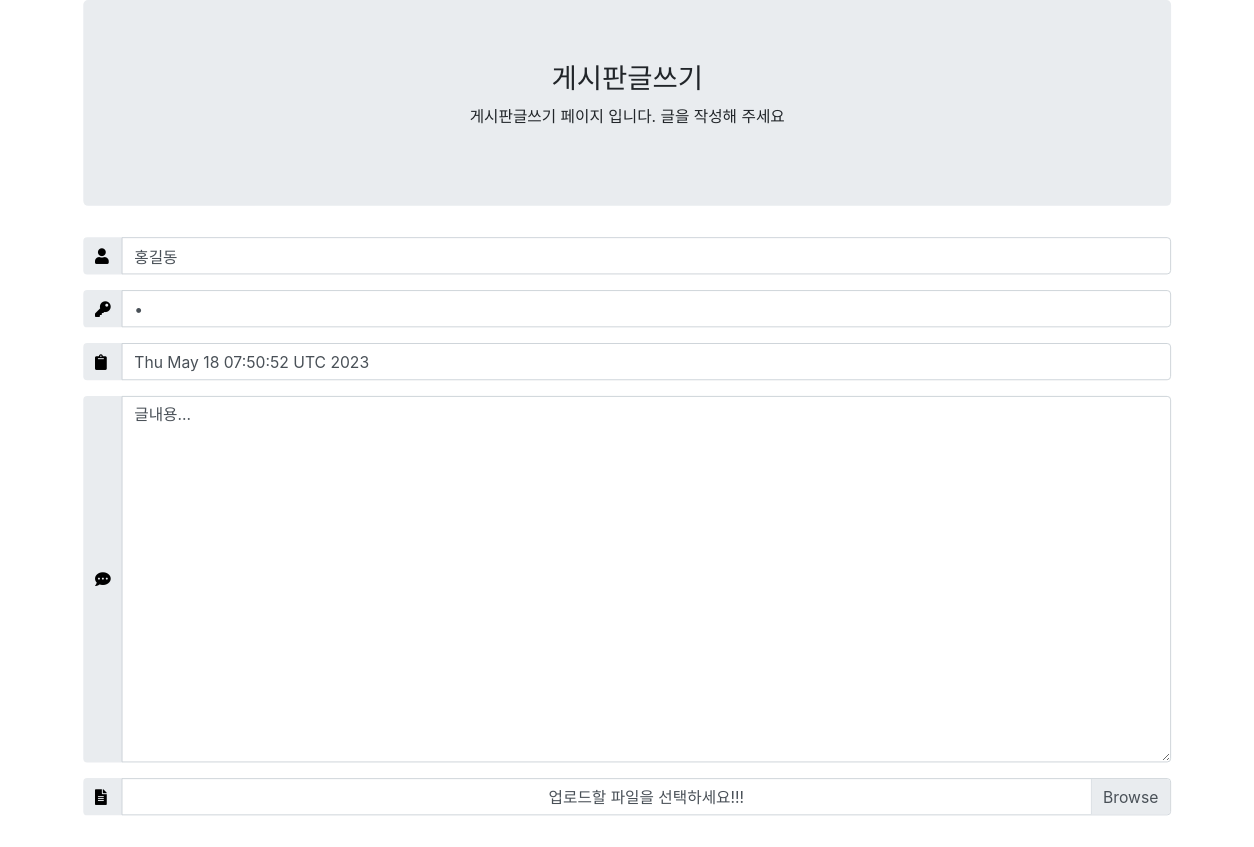
Repository: NoChanJong/JSP
Page: http://localhost/jsp09_board/board/board_write.jsp
The author's editor kept a copy of each file at every save. The page is drawn from the files as they stood at one save, then again after the next save.
The browser window is 1280 px wide. The pictures show the whole page, at 98% of full size.
The page is served by Tomcat 9. Other server files are loaded and not shown.

Above is the page before, as saved 2023-05-23 06:35:22.
Console error (its wording comes from the project's code and is left out).

### jsp09_board/WebContent/board/board_write.jsp
<%@page language="java" contentType="text/html; charset=UTF-8" pageEncoding="UTF-8"%>
<!DOCTYPE html>
<html>
<head>
	 <meta charset="UTF-8">
	 <meta name="viewport" content="width=device-width, initial-scale=1, minimum-scale=1, maximum-scale=1">
     <link href="https://cdn.jsdelivr.net/npm/bootstrap@4.5.2/dist/css/bootstrap.min.css" rel="stylesheet">
     <link rel="stylesheet" href="https://use.fontawesome.com/releases/v5.7.0/css/all.css"
      integrity="sha384-lZN37f5QGtY3VHgisS14W3ExzMWZxybE1SJSEsQp9S+oqd12jhcu+A56Ebc1zFSJ"
      crossorigin="anonymous">
     <script src="https://cdn.jsdelivr.net/npm/bootstrap@4.5.2/dist/js/bootstrap.bundle.min.js"></script>
<title>글등록</title>
	<style>
	   .login-btn {
	      clear: black;
	      background-color: #FFC312;
	      width: 100px;
	   }
	   .login-btn:hover {
	      clear: white;
	      background-color: black;
	   }
	   .input-group-prepend span {
	      color: black;
	      border-left-color: #FFC312;
	      width: 40px;
	      border: 0 !important;
	   }
	</style>
</head>
<body>
	<div class="container" align="center">
		<div class="jumbotron">
			<h3>게시판글쓰기</h3>
			<p>게시판글쓰기 페이지 입니다. 글을 작성해 주세요</p>
		</div>

		<form action="boardWriter.bo" method="post" class="form-group" name="boardform" enctype="multipart/form-data">
         <div class="form-group input-group">
            <div class="input-group-prepend"><span class="input-group-text"><i class="fas fa-user"></i></span></div>
            <input type="text" class="form-control" name="board_name" id="board_name" value="홍길동" required placeholder="board writer...">
         </div>
         <div class="form-group input-group">
            <div class="input-group-prepend"><span class="input-group-text"><i class="fas fa-key"></i></span></div>
            <input type="password" class="form-control" name="board_pass" id="board_pass" value="1" required placeholder="password ...">
         </div>
         <div class="form-group input-group">
            <div class="input-group-prepend"><span class="input-group-text"><i class="fas fa-clipboard"></i></span></div>
            <input type="text" class="form-control" name="board_subject" id="board_subject" value="<%= new java.util.Date() %>" required placeholder="subject ...">
         </div>
         <div class="form-group input-group">
            <div class="input-group-prepend"><span class="input-group-text"><i class="fas fa-comment-dots"></i></span></div>
            <textarea name="board_content" id="board_content" cols="40" rows="15" class="form-control" required placeholder="content ...">글내용...</textarea>
         </div>

         <div class="form-group input-group">
            <div class="form-group input-group">
               <div class="input-group-prepend"><span class="input-group-text"><i class="fas fa-file-alt"></i></span></div>
               <div class="custom-file">
                  <input type="file" class="custom-file-input" name="board_file" id="board_file"/>
                  <label for="board_file" class="custom-file-label" style="text-algin:left">업로드할 파일을 선택하세요!!!</label>
               </div>
            </div>
         </div>
		</form>
	</div>
</body>
</html>

After the next save:
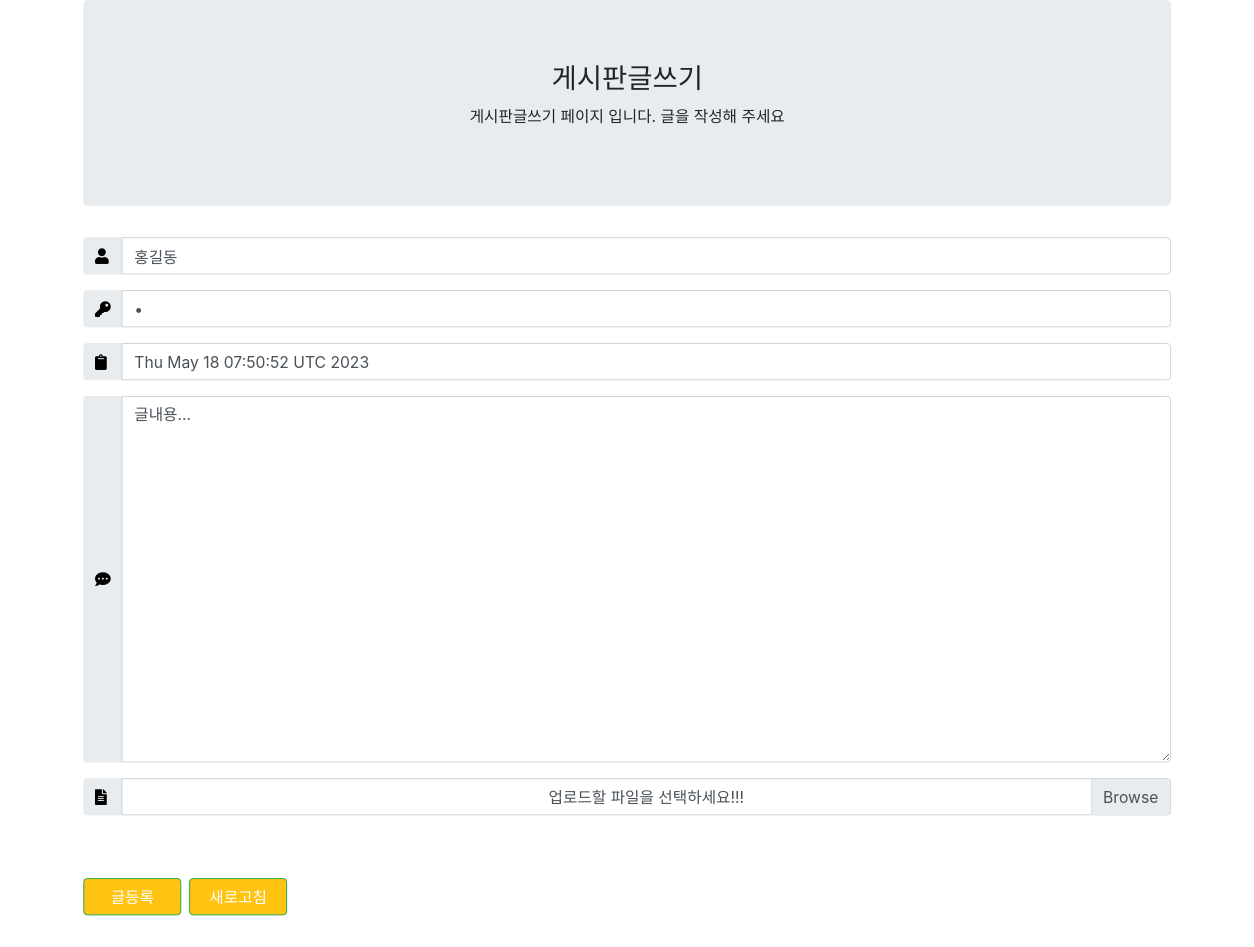
Saved 2 min 8 s later.
--- a/jsp09_board/WebContent/board/board_write.jsp
+++ b/jsp09_board/WebContent/board/board_write.jsp
@@ -61,6 +61,11 @@
                   <label for="board_file" class="custom-file-label" style="text-algin:left">업로드할 파일을 선택하세요!!!</label>
                </div>
             </div>
+
+            <div class="form-group mt-md-5">
+            	<input type="reset" class="btn btn-success float-right login-btn ml-sm-2" value="새로고침" />
+            	<input type="submit" class="btn btn-success float-right login-btn" value="글등록" />
+            </div>
          </div>
 		</form>
 	</div>
